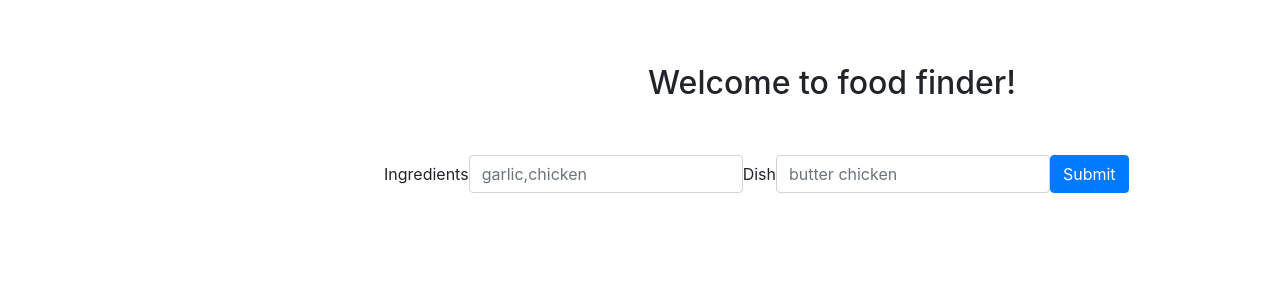
Repository: ratanparmar/receipesearch
Page: /
These files come from the project's save history. The page is drawn as it stood at one moment and after the next save; the edit follows.
The browser window is 1280 px wide. The pictures show the whole page.
The project was rebuilt for these pictures with package versions that can differ from the ones it lists, and the page was loaded fresh each time.

Above is the page before, as saved 2019-12-10 16:26:32.

### public/index.html
<!DOCTYPE html>
<html lang="en">
  <head>
    <meta charset="utf-8" />
    <link rel="icon" href="%PUBLIC_URL%/favicon.ico" />
    <meta name="viewport" content="width=device-width, initial-scale=1" />
    <meta name="theme-color" content="#000000" />
    <meta
      name="description"
      content="Web site created using create-react-app"
    />
    <link rel="apple-touch-icon" href="%PUBLIC_URL%/logo192.png" />
    <!--
      manifest.json provides metadata used when your web app is installed on a
      user's mobile device or desktop. See https://developers.google.com/web/fundamentals/web-app-manifest/
    -->
    <link rel="manifest" href="%PUBLIC_URL%/manifest.json" />
    <!--
      Notice the use of %PUBLIC_URL% in the tags above.
      It will be replaced with the URL of the `public` folder during the build.
      Only files inside the `public` folder can be referenced from the HTML.

      Unlike "/favicon.ico" or "favicon.ico", "%PUBLIC_URL%/favicon.ico" will
      work correctly both with client-side routing and a non-root public URL.
      Learn how to configure a non-root public URL by running `npm run build`.
    -->
    <link rel="stylesheet" href="https://stackpath.bootstrapcdn.com/bootstrap/4.3.1/css/bootstrap.min.css" integrity="sha384-ggOyR0iXCbMQv3Xipma34MD+dH/1fQ784/j6cY/iJTQUOhcWr7x9JvoRxT2MZw1T" crossorigin="anonymous">

    <title>React App</title>
  </head>
  <body>
    <noscript>You need to enable JavaScript to run this app.</noscript>
    <div id="root"></div>
    <!--
      This HTML file is a template.
      If you open it directly in the browser, you will see an empty page.

      You can add webfonts, meta tags, or analytics to this file.
      The build step will place the bundled scripts into the <body> tag.

      To begin the development, run `npm start` or `yarn start`.
      To create a production bundle, use `npm run build` or `yarn build`.
    -->
  </body>
</html>

### src/index.js
import React from 'react'
import ReactDOM from 'react-dom'
import App from './components/App'
ReactDOM.render( <App/>,document.getElementById('root'))

### src/components/App.js
import React , { Component } from 'react'

import Searchbar from './Searchbar'
import '../style/index.css'

class App extends Component{
    render(){
        return(
            <div>
                <h2> Welcome to food finder!
                </h2>
                <div className="App">
                    <Searchbar/>
                </div>
            </div>
        )
    }
}

export default App;

### src/components/Searchbar.js
import React,{ Component } from 'react'
import {Form, FormControl,FormGroup,FormLabel,Button} from 'react-bootstrap'

class Searchbar extends Component{
    render(){
        // Use FormLable in place off ControlLabel
        return(
            <Form inline>
                <FormGroup>
                    <FormLabel>Ingredients</FormLabel>
                    {''}
                        <FormControl type="text" placeholder='garlic,chicken'/>
                </FormGroup>
                {''}
                <FormGroup>
                    <FormLabel>Dish</FormLabel>
                    {''}
                    <FormControl type="text" placeholder='butter chicken'/>
                </FormGroup>
                {''}
                <Button>Submit</Button>
            </Form>
        )
    }
}
export default Searchbar;

### src/style/index.css
body{
    text-align: center;
    padding-left: 30%;
    padding-top: 5%;
}
.App{
    padding-top: 5%;
    padding-left: -10%;
}

After the next save:
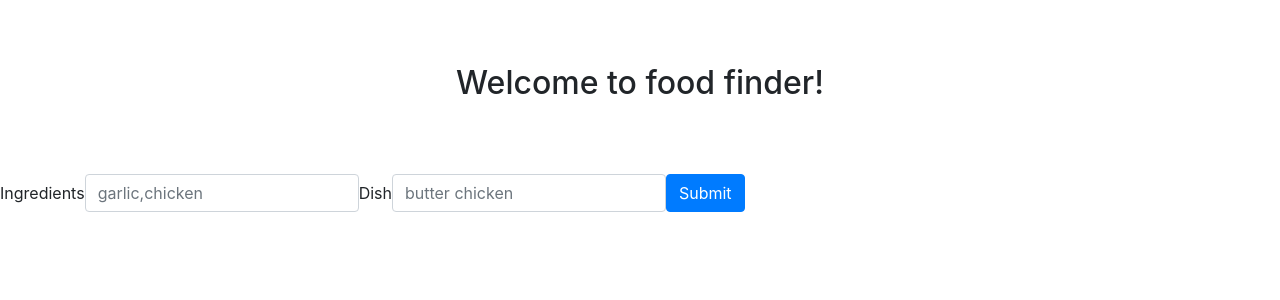
Saved 4 s later.
--- a/src/style/index.css
+++ b/src/style/index.css
@@ -1,6 +1,6 @@
 body{
     text-align: center;
-    padding-left: 30%;
+
     padding-top: 5%;
 }
 .App{
